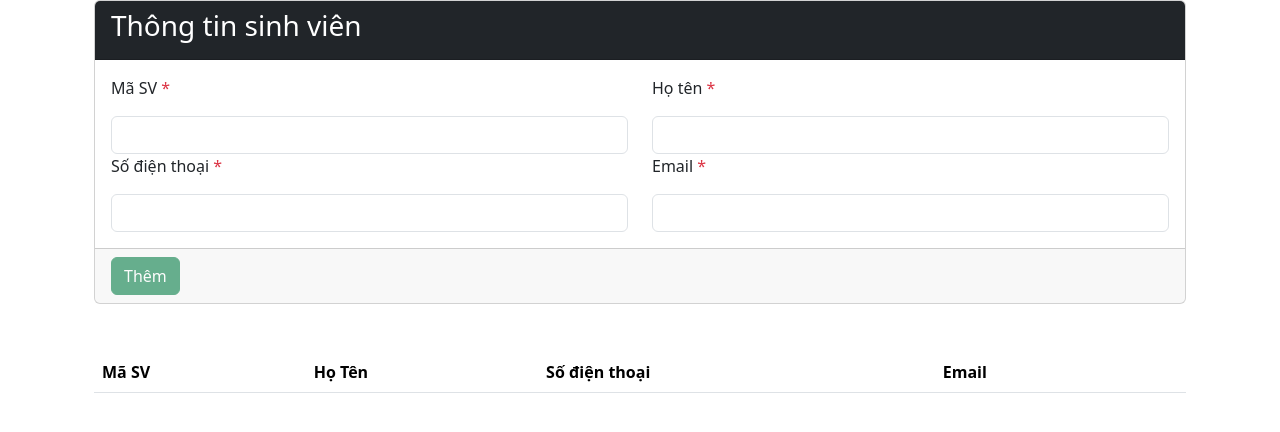
Repository: KhoiNguyen77/BT_REACT_FORM
Page: /
The author's editor kept a copy of each file at every save. The page is drawn from the files as they stood at one save, then again after the next save.
The browser window is 1280 px wide. The pictures show the whole page.
The project was rebuilt for these pictures with package versions that can differ from the ones it lists, and the page was loaded fresh each time.

Above is the page before, as saved 2023-05-27 16:47:43.

### src/FormComponent/Form.jsx
import React, { Component } from 'react'
import InputField from './InputField'
import TableField from './TableField'

export default class Form extends Component {
    state = {
        students: [],
        student: {},
    }
    add = (student) => {
        const students = [...this.state.students];
        students.push(student);
        this.setState({
            students: students
        })
    }
    delete = (key) => {
        const students = [...this.state.students];
        const findIndex = students.findIndex(student => student.key == key)
        if (findIndex) {
            students.splice(findIndex, 1)
        }
        this.setState({
            students: students
        })
    }
    edit = key => {
        const students = [...this.state.students];
        const student = students.find(student => student.key == key)
        if (student) {
            this.setState({
                student: student
            })
        }
    }

    render() {
        return (
            <div className='container'>
                <InputField add={this.add} students={this.state.students} student={this.state.student}></InputField>
                <TableField students={this.state.students} deleteStudent={this.delete} edit={this.edit}></TableField>
            </div>
        )
    }
}

### src/FormComponent/InputField.jsx
import React, { Component } from 'react'

export default class InputField extends Component {
    state = {
        values: {
            key: 0,
            name: "",
            phoneNumber: 0,
            email: ''
        },
        errors: {
            key: "*",
            name: "*",
            phoneNumber: "*",
            email: "*"
        },
        Disabled: true
    }
    handleInput = e => {
        const { students } = this.props;
        const { id, value, } = e.target;
        const inputValues = { ...this.state.values }
        const errors = { ...this.state.errors }
        let message = ""
        inputValues[id] = value;
        let dataType = e.target.getAttribute("data-type");
        // eslint-disable-next-line default-case
        switch (dataType) {
            case "letter": {
                let regexLetter = /^[a-zA-Z]+$/;
                if (!regexLetter.test(value)) {
                    message = id + ' must be letters';
                }
                break;
            }
            case "number": {
                let min = JSON.parse(e.target.getAttribute("min-maxLength"))[0];
                let max = JSON.parse(e.target.getAttribute("min-maxLength"))[1];
                if (value.length < min || value.length > max) {
                    message = id + ` must be from ${min} to ${max} length`
                }
                break;
            }
            // eslint-disable-next-line no-fallthrough
            case "email": {
                var mailformat = /^(([^<>()\[\]\\.,;:\s@"]+(\.[^<>()\[\]\\.,;:\s@"]+)*)|(".+"))@((\ [[0-9]{1,3}\.[0-9]{1,3}\.[0-9]{1,3}\.[0-9]{1,3}\])|(([a-zA-Z\-0-9]+\.)+[a-zA-Z]{2,}))$/
                if (!mailformat.test(value)) {
                    message = id + ' must be in correct form'
                    break;
                }
            }
        }
        if (e.target.getAttribute("uniqe")) {
            if (students.find(student => student.key == value)) {
                message = id + " has exists!";
            }
        }
        if (value.trim() == "") {
            message = id + " can't be blank";
        }
        errors[id] = message
        let result = this.checkValidForm(errors);
        this.setState({
            values: inputValues,
            errors: errors,
            Disabled: result
        })

    }
    checkValidForm = (errors) => {
        let output = false;
        for (let key in errors) {
            console.log(errors[key]);
            if (errors[key] !== "") {
                output = true;
                break
            }
        }
        return output
    }
    handleSubmit = e => {
        e.preventDefault();
        document.querySelector("form.card").reset();
        this.setState({
            Disabled: true
        })
        const { add } = this.props;
        add(this.state.values);
    }

    render() {
        console.log(this.props.student);
        return (
            <div className='container mb-5'>
                <form className='card'>
                    <div className="card-header bg-dark">
                        <h3 className='text-white'>Thông tin sinh viên</h3>
                    </div>
                    <div className="card-body">
                        <div className="row">
                            <div className="col-6">
                                <p className='d-inline-block'>Mã SV</p> <span className='text-danger'>{this.state.errors.key}</span>
                                <input value={this.props.student.key} type="number" id='key' uniqe="id" min-maxLength="[3,5]" data-type="number" className='form-control' onInput={this.handleInput} />
                            </div>
                            <div className="col-6">
                                <p className='d-inline-block' >Họ tên</p> <span className='text-danger'>{this.state.errors.name}</span>
                                <input value={this.props.student.name} type="text" id='name' data-type="letter" className='form-control' onInput={this.handleInput} />
                            </div>
                        </div>
                        <div className="row">
                            <div className="col-6">
                                <p className='d-inline-block'>Số điện thoại</p> <span className='text-danger'>{this.state.errors.phoneNumber}</span>
                                <input value={this.props.student.phoneNumber} type="number" id='phoneNumber' className='form-control' min-maxLength="[8,10]" data-type="number" onInput={this.handleInput} />
                            </div>
                            <div className="col-6">
                                <p className='d-inline-block'>Email</p> <span className='text-danger'>{this.state.errors.email}</span>
                                <input value={this.props.student.email} type="email" id='email' className='form-control' onInput={this.handleInput} data-type="email" />
                            </div>
                        </div>
                    </div>
                    <div className="card-footer">
                        <button type='submit' onClick={this.handleSubmit} className='btn btn-success' disabled={this.state.Disabled}>Thêm</button>
                    </div>
                </form>
            </div>
        )
    }
}

### src/FormComponent/TableField.jsx
import React, { Component } from 'react'

export default class TableField extends Component {

    render() {
        const { students, deleteStudent, edit } = this.props;
        return (
            <div className='container'>
                <table className='table'>
                    <thead>
                        <tr>
                            <th>Mã SV</th>
                            <th>Họ Tên</th>
                            <th>Số điện thoại</th>
                            <th>Email</th>
                            <th></th>
                        </tr>
                    </thead>
                    <tbody>
                        {students.map(student => {
                            return <tr>
                                <td>{student.key}</td>
                                <td>{student.name}</td>
                                <td>{student.phoneNumber}</td>
                                <td>{student.email}</td>
                                <td>
                                    <button className='btn btn-primary mx-3' onClick={() => {
                                        edit(student.key)
                                    }}>Edit</button>
                                    <button className='btn btn-danger' onClick={() => {
                                        deleteStudent(student.key)
                                    }}>Delete</button>
                                </td>
                            </tr>
                        })}
                    </tbody>
                </table>
            </div>
        )
    }
}

Loaded but not shown: public/index.html (common file); src/index.js (common file)

After the next save:
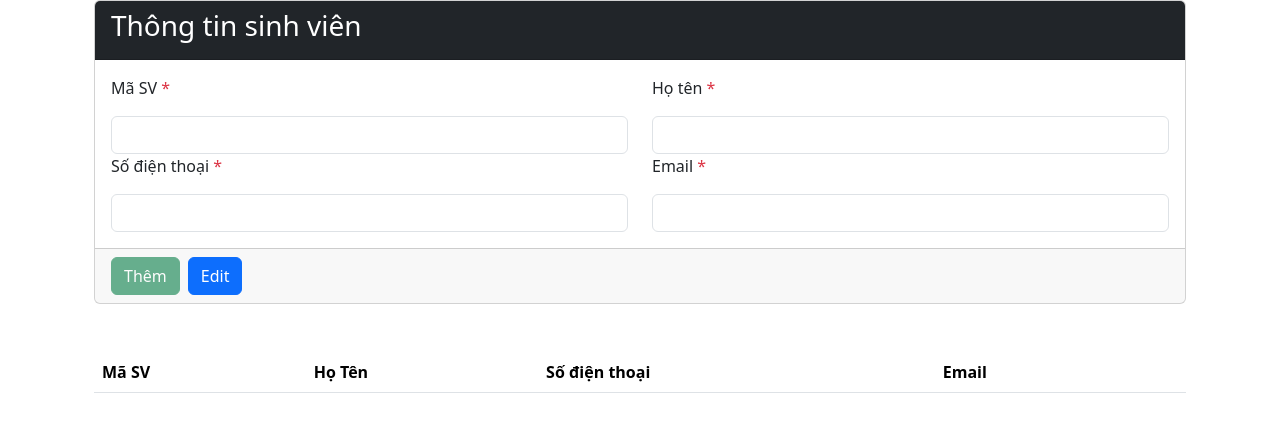
Saved 96 s later.
--- a/src/FormComponent/InputField.jsx
+++ b/src/FormComponent/InputField.jsx
@@ -120,6 +120,7 @@ export default class InputField extends Component {
                     </div>
                     <div className="card-footer">
                         <button type='submit' onClick={this.handleSubmit} className='btn btn-success' disabled={this.state.Disabled}>Thêm</button>
+                        <button type='submit' className='btn btn-primary mx-2' > Edit</button>
                     </div>
                 </form>
             </div>
